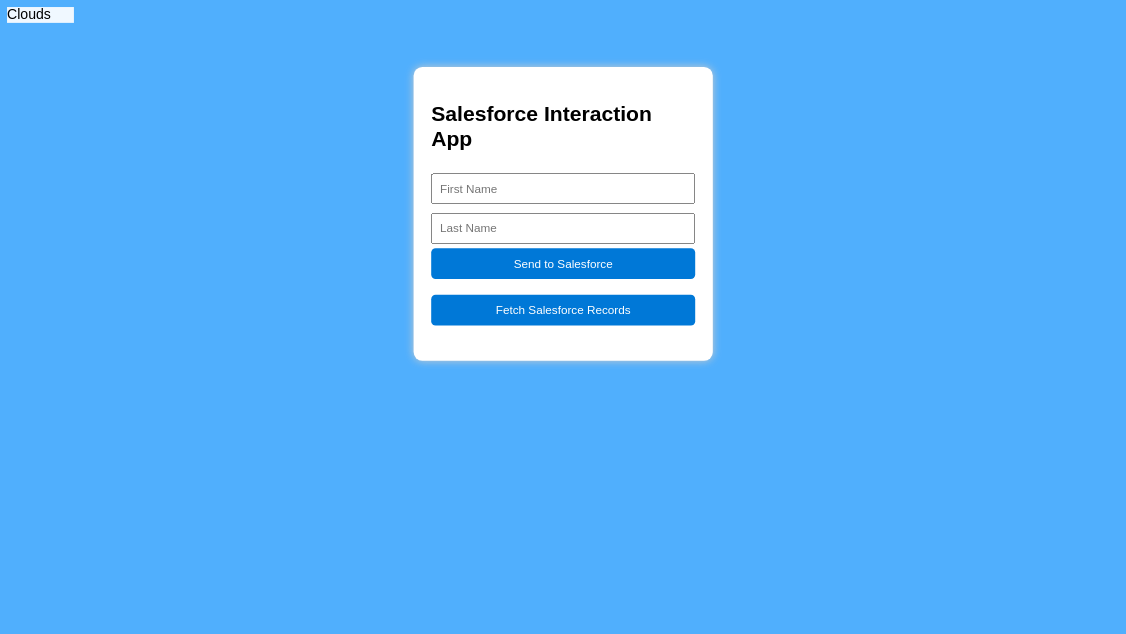
Repository: PamodaW/SalesforceSync
Page: Client/index.html
An editor plug-in stored every save of this project. The page is shown before and after a run of saves, followed by the edit.
The browser window is 1280 px wide. The pictures show the whole page, at 88% of full size.

Above is the page before, as saved 2024-11-20 14:44:22.

After the next 3 saves:
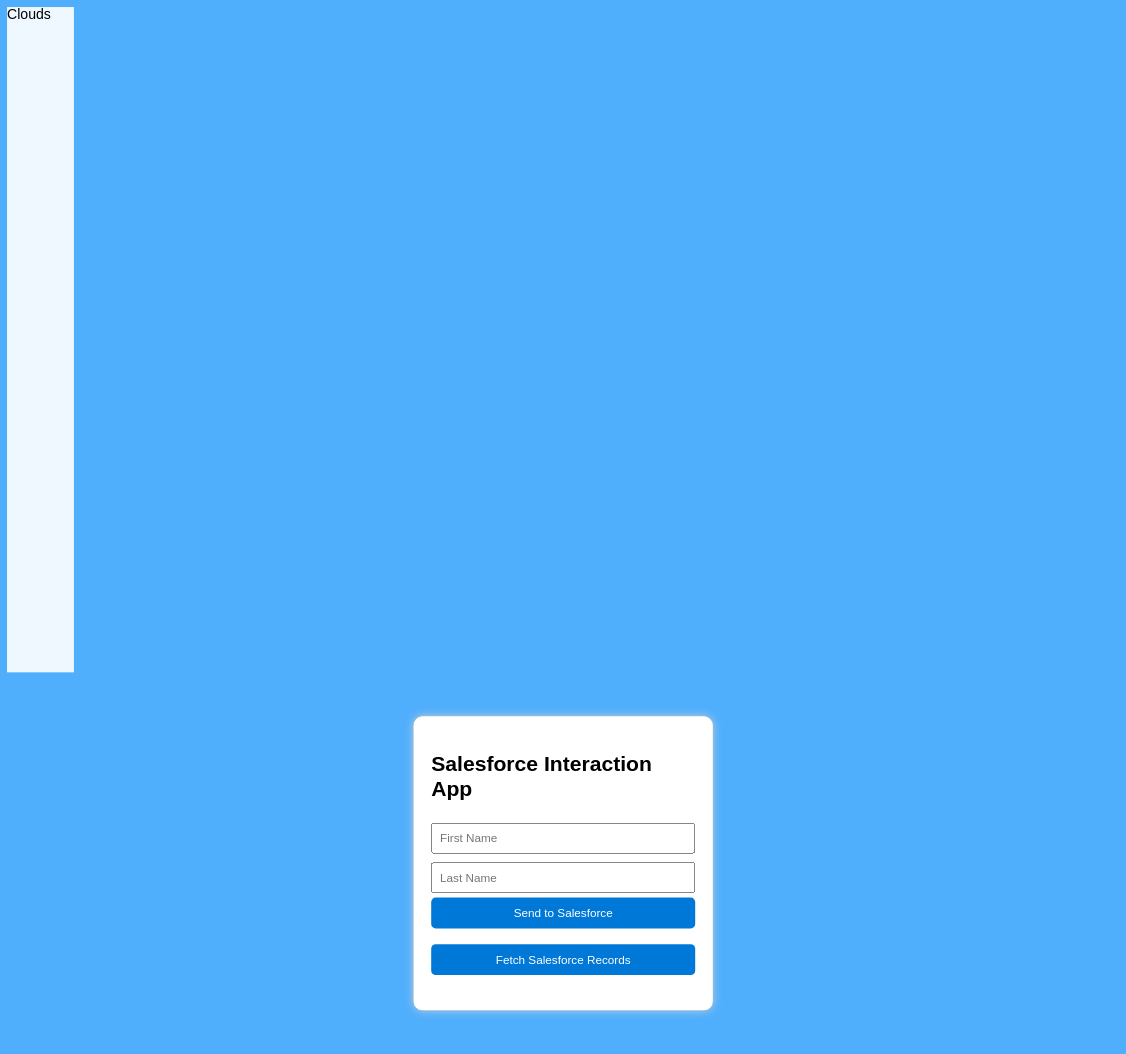
The 3 saves are shown as one change because they came seconds apart.
The last was saved 7 s later.
--- a/Client/style.css
+++ b/Client/style.css
@@ -40,5 +40,5 @@
 .Clouds{
     background-color: aliceblue;
     width: 2cm;
-
+    height: 20cm;
 }
